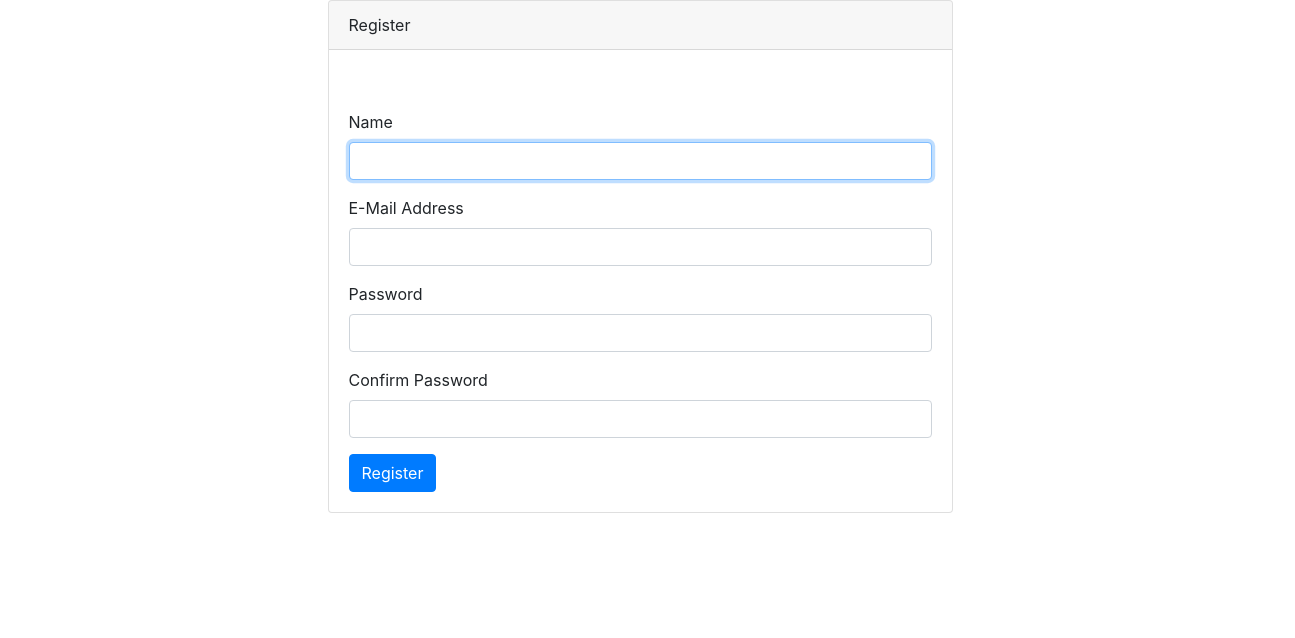
Repository: Tauqeer124/usermanagemet
Page: http://localhost/register
An editor plug-in stored every save of this project. The page is shown before and after a run of saves, followed by the edit.
The browser window is 1280 px wide. The page is 1295 px wide, so the pictures cover 1295 px, including what lies to the right of the window. The pictures show the whole page.
The page is served by the project's Laravel application, run on PHP 8.4 with Laravel 8. Other server files are loaded and not shown.

Above is the page before, as saved 2023-07-24 12:12:16.

### routes/web.php
<?php

use Illuminate\Support\Facades\Route;
use App\Http\Controllers\AuthController;
use App\Http\Controllers\UserController;

/*
|--------------------------------------------------------------------------
| Web Routes
|--------------------------------------------------------------------------
|
| Here is where you can register web routes for your application. These
| routes are loaded by the RouteServiceProvider within a group which
| contains the "web" middleware group. Now create something great!
|
*/

Route::get('/', function () {
    return view('welcome');
});

Route::get('/register', [AuthController::class, 'register']);
Route::post('/register', [AuthController::class, 'registeruser'])->name('register');
Route::get('/login', [AuthController::class, 'login']);
Route::post('/login', [AuthController::class, 'loginuser'])->name('login');
Route::get('/users', [UserController::class, 'index'])->name('user.index');
Route::get('/users/{id}', [UserController::class, 'show'])->name('user.show');

### app/Http/Controllers/AuthController.php
<?php

namespace App\Http\Controllers;

use App\Models\User;
use App\Mail\WelcomeMail;
use Illuminate\Http\Request;
use Illuminate\Support\Facades\Hash;
use Illuminate\Support\Facades\Mail;

class AuthController extends Controller
{
    public function register()
    {
        return view('auth.register');
    }

    public function registeruser(Request $request)
    {
        $request->validate([
            'name' => 'required|string|max:255',
            'email' => 'required|email|unique:users',
            'password' => 'required|string|min:6',
            'phone' => 'required|string',
            'country' => 'required|string',
        ]);

        $user = User::create([
            'name' => $request->name,
            'email' => $request->email,
            'password' => Hash::make($request->password),
            'phone' => $request->phone,
            'country' => $request->country,
        ]);

        Mail::to($user->email)->send(new WelcomeMail($user)); // Send welcome email
        $request->session()->flash('success', 'You have registered successfully!');

        // Redirect back to the registration page
        return redirect()->back();
    }
    public function login(){
        return view('auth.login');
    }
    public function loginuser(Request $request){

    }
}

### resources/views/auth/register.blade.php
<!DOCTYPE html>
<html>
<head>
  <title>User Registration Form</title>
  <!-- Add Bootstrap CSS -->
  <link rel="stylesheet" href="https://stackpath.bootstrapcdn.com/bootstrap/4.5.2/css/bootstrap.min.css">
</head>
<body>
    <div class="row justify-content-center">
        <div class="col-md-6">
            <div class="card">
                <div class="card-header">{{ __('Register') }}</div>
                <div class="card-body">
                    <div class="card-body">
                        @if (session('success'))
                            <div class="alert alert-success">
                                {{ session('success') }}
                            </div>
                        @endif
                    </div>
                    <form method="POST" action="{{ route('register') }}">
                        @csrf

                        <div class="form-group">
                            <label for="name">{{ __('Name') }}</label>
                            <input id="name" type="text" class="form-control @error('name') is-invalid @enderror" name="name" required autocomplete="name" autofocus>
                            @error('name')
                                <span class="invalid-feedback" role="alert">
                                    <strong>{{ $message }}</strong>
                                </span>
                            @enderror
                        </div>

                        <div class="form-group">
                            <label for="email">{{ __('E-Mail Address') }}</label>
                            <input id="email" type="email" class="form-control @error('email') is-invalid @enderror" name="email"  required autocomplete="email">
                            @error('email')
                                <span class="invalid-feedback" role="alert">
                                    <strong>{{ $message }}</strong>
                                </span>
                            @enderror
                        </div>

                        <div class="form-group">
                            <label for="password">{{ __('Password') }}</label>
                            <input id="password" type="password" class="form-control @error('password') is-invalid @enderror" name="password" required autocomplete="new-password">
                            @error('password')
                                <span class="invalid-feedback" role="alert">
                                    <strong>{{ $message }}</strong>
                                </span>
                            @enderror
                        </div>

                        <div class="form-group">
                            <label for="password-confirm">{{ __('Confirm Password') }}</label>
                            <input id="password-confirm" type="password" class="form-control" name="password_confirmation" required autocomplete="new-password">
                        </div>

                        <button type="submit" class="btn btn-primary">{{ __('Register') }}</button>
                    </form>
                </div>
            </div>
        </div>
    </div>
</body>
</html>

Loaded but not shown: app/Http/Controllers/Controller.php (common file)

After the next 4 saves:
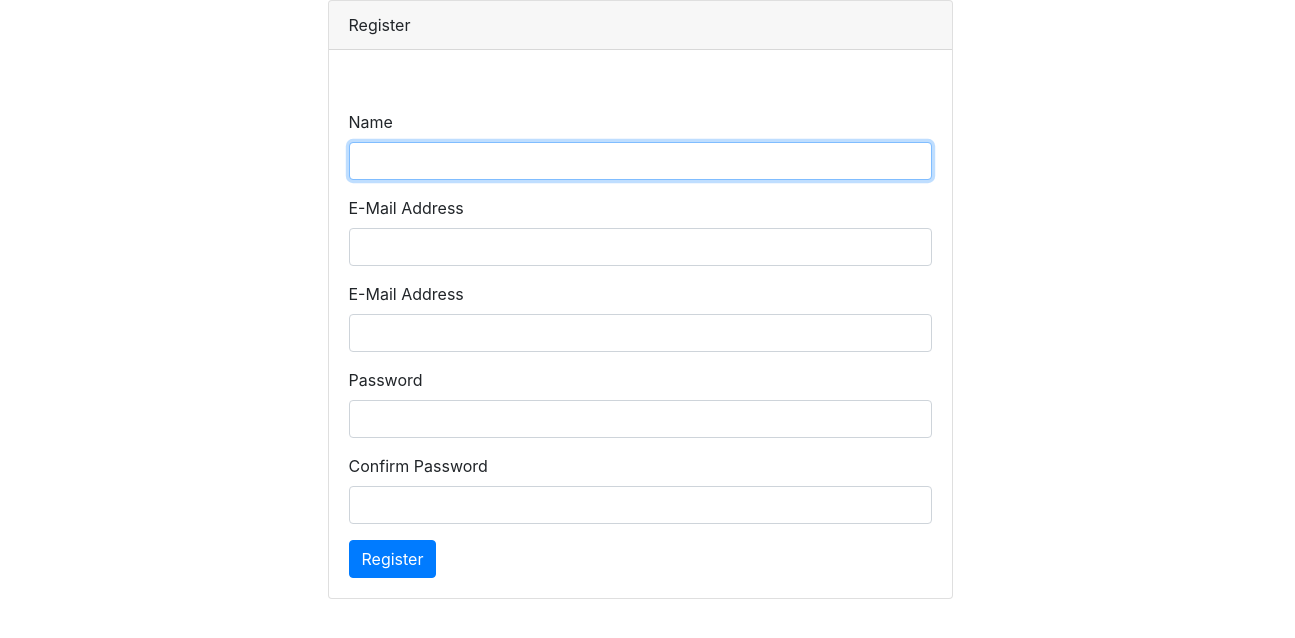
The 4 saves are shown as one change because they came seconds apart.
The last was saved 38 s later.
--- a/resources/views/auth/register.blade.php
+++ b/resources/views/auth/register.blade.php
@@ -40,6 +40,15 @@
                                 </span>
                             @enderror
                         </div>
+                        <div class="form-group">
+                            <label for="phone">{{ __('E-Mail Address') }}</label>
+                            <input id="email" type="email" class="form-control @error('email') is-invalid @enderror" name="email"  required autocomplete="email">
+                            @error('email')
+                                <span class="invalid-feedback" role="alert">
+                                    <strong>{{ $message }}</strong>
+                                </span>
+                            @enderror
+                        </div>
 
                         <div class="form-group">
                             <label for="password">{{ __('Password') }}</label>
